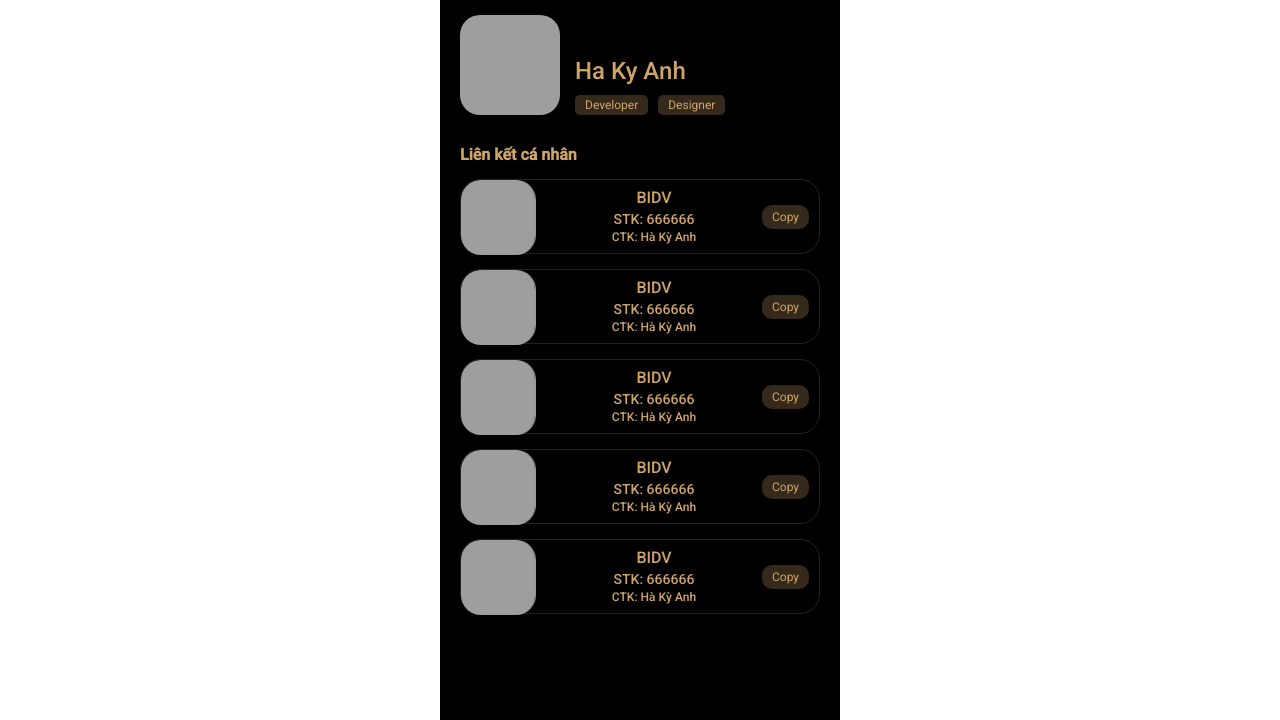
Repository: yzarc204/nguyen-tien-viet-hoang
Page: thong-tin-thanh-toan/index.html
These files come from the project's save history. The page is drawn as it stood at one moment and after the next save; the edit follows.
The browser window is 1280 px wide. The pictures show the whole page.
Pictures or frames that could not be fetched are drawn as grey boxes.

Above is the page before, as saved 2021-09-27 11:10:00.

After the next save:
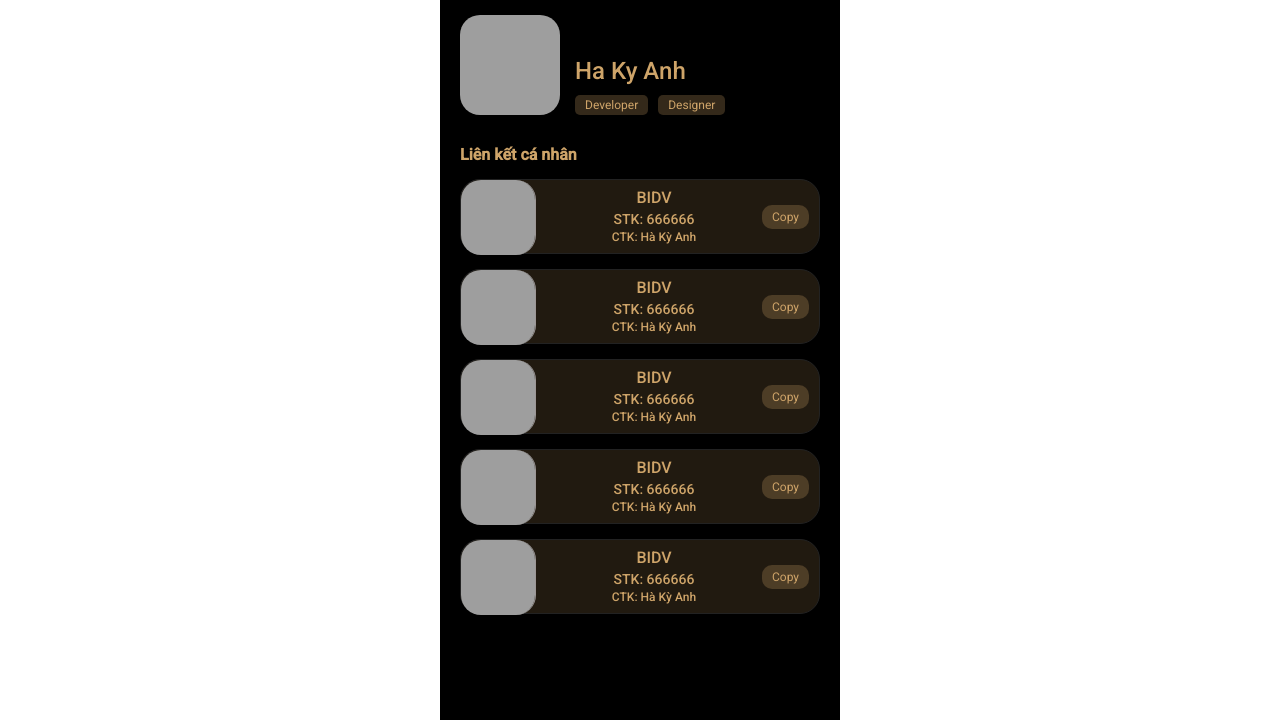
Saved 32 s later.
--- a/thong-tin-thanh-toan/public/css/index.css
+++ b/thong-tin-thanh-toan/public/css/index.css
@@ -92,6 +92,7 @@ body {
 .bank {
     width: 100%;
     height: var(--size);
+    background: var(--secondary-color);
     margin-bottom: 15px;
     display: flex;
     border: 1px solid #222;
